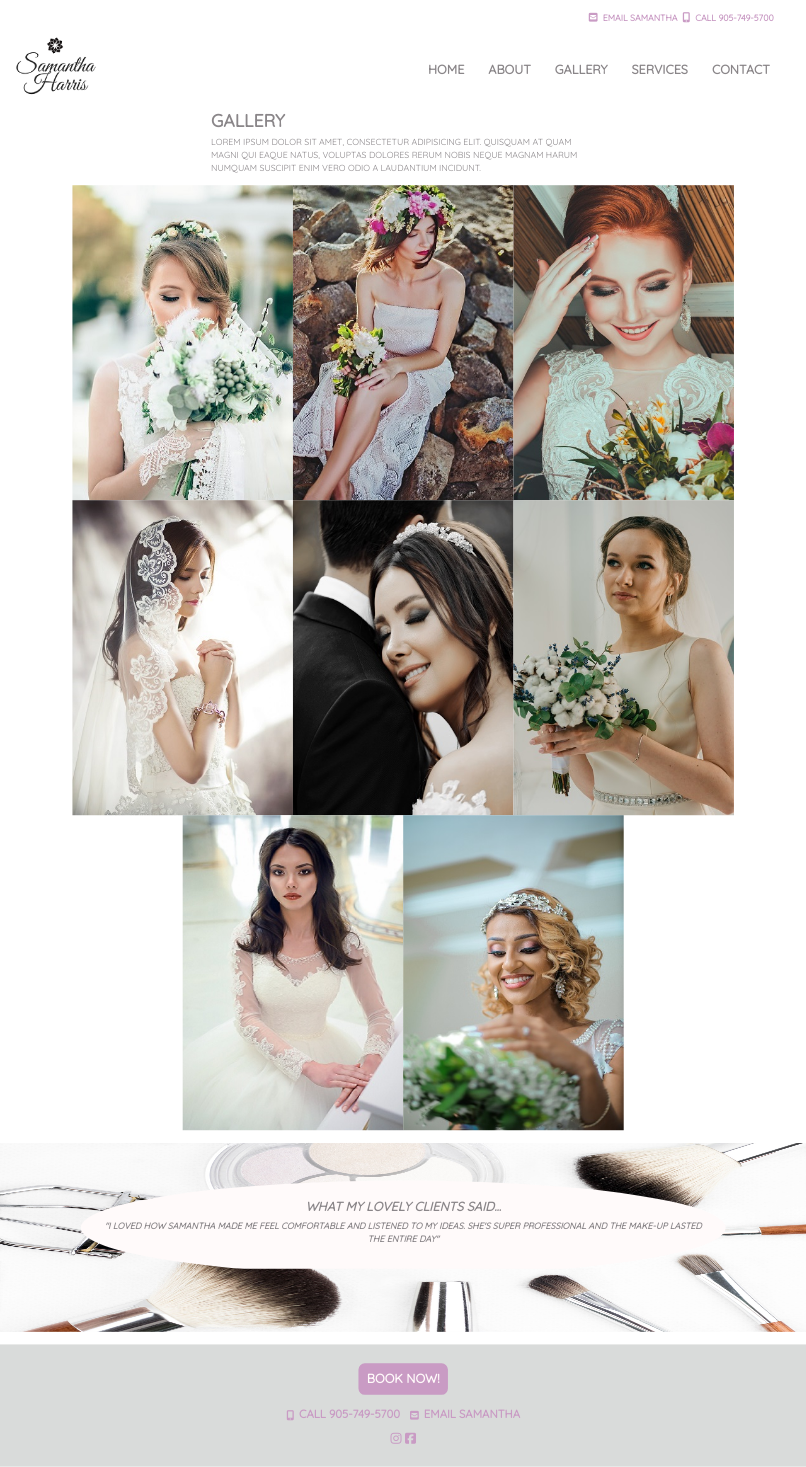
Repository: JayneyNix/milestone-1-UCFD
Page: gallery.html
The author's editor kept a record of every edit. The page is drawn from the files as they stood at one moment, then again after the next edit.
The browser window is 1280 px wide. The pictures show the whole page, at 63% of full size.
Some web libraries are served in a nearby version.

Above is the page before.

After the next edit:
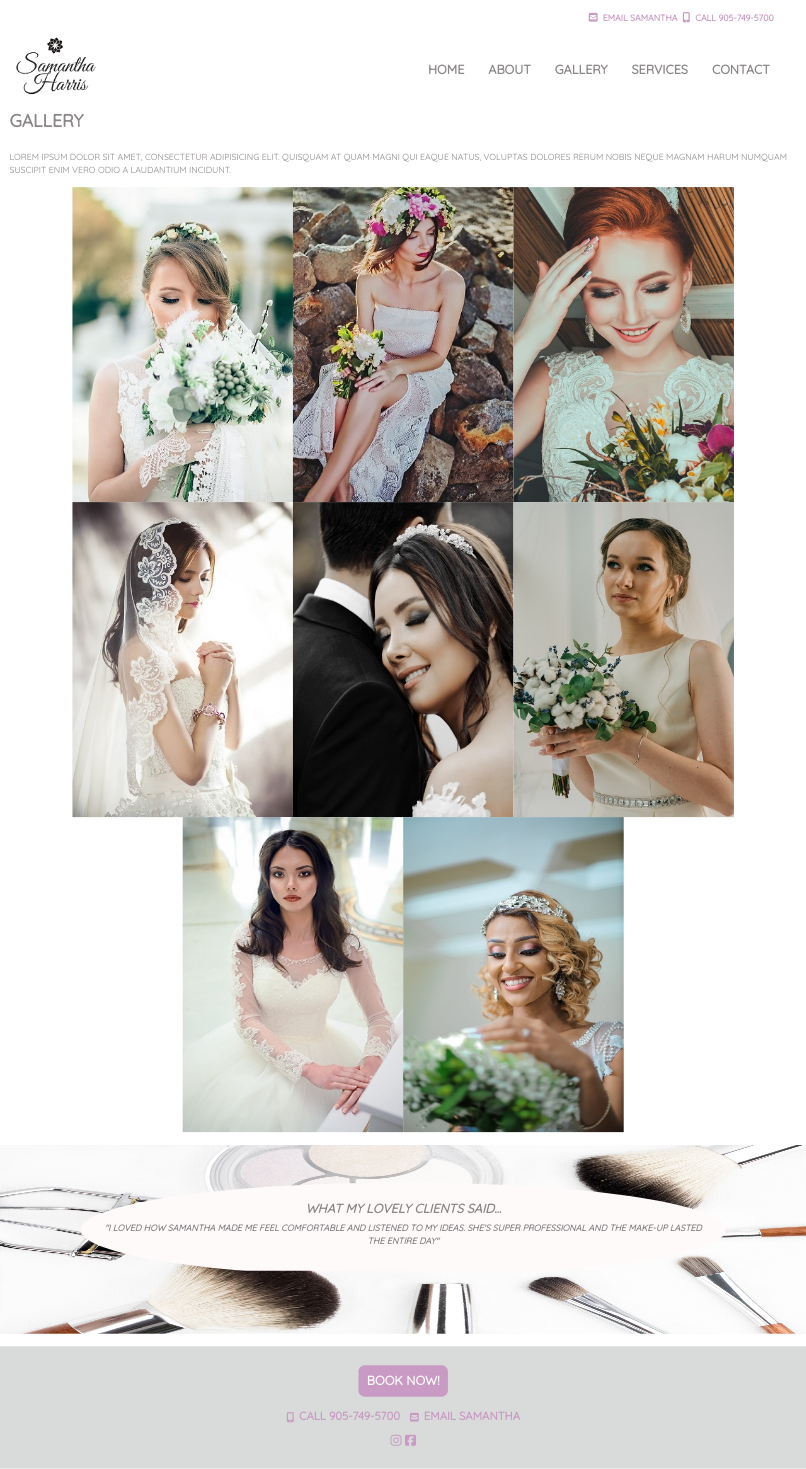
The edit:
--- a/gallery.html
+++ b/gallery.html
@@ -77,9 +77,9 @@
     <!--Introduction-->
 
     <div class="container-fluid no-padding">
-        <div class="row">
-            <div class="col-md-6 offset-3 home-main-intro">
-                <h1 class="h1 headings">Gallery</h1>
+       <div class="row no-gutters">
+            <div id="gallery-intro" class="col-sm-12 col-md-12-offset-3">
+                <h1 class="h1 headings">Gallery</h1><br>
                 <p class="p headings">Lorem ipsum dolor sit amet, consectetur adipisicing elit. Quisquam at quam magni qui eaque natus, voluptas dolores rerum nobis neque magnam harum numquam suscipit enim vero odio a laudantium incidunt.</p>
             </div>
         </div>
